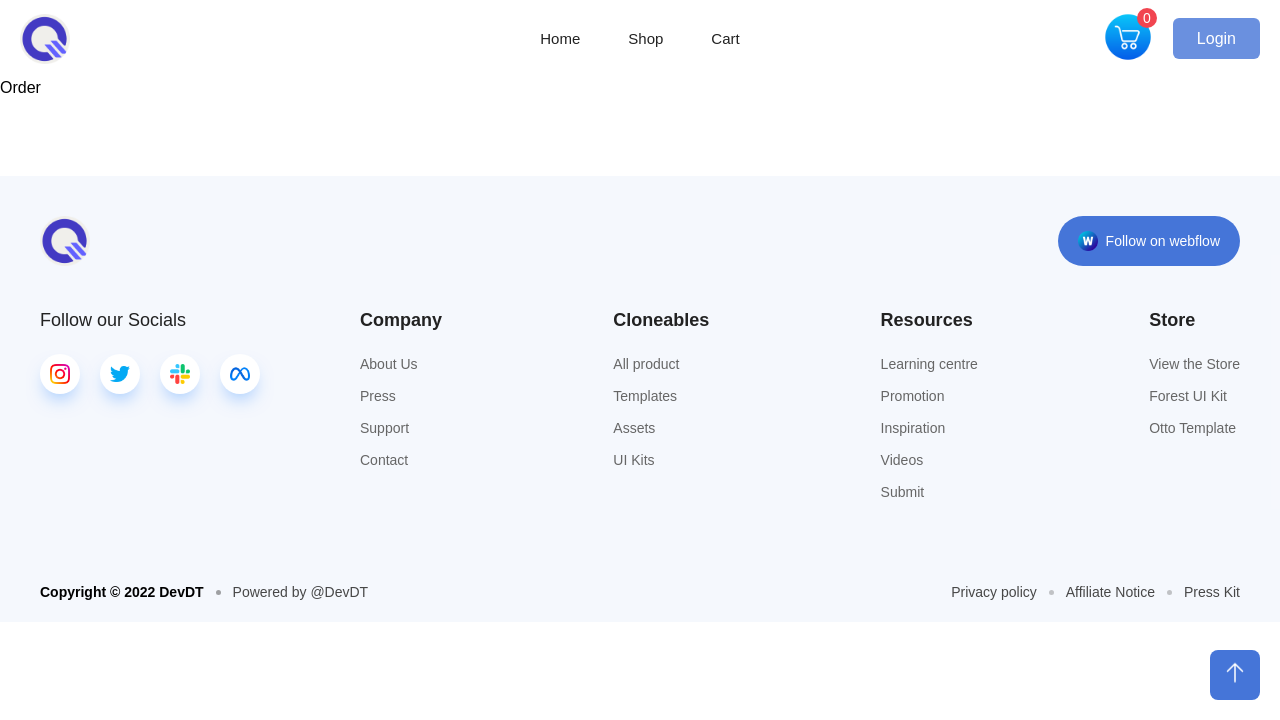
Repository: dinhtri123/e-commerce
Page: /order
These files come from the project's save history. The page is drawn as it stood at one moment and after the next save; the edit follows.
The browser window is 1280 px wide. The pictures show the whole page.
The project was rebuilt for these pictures with package versions that can differ from the ones it lists, and the page was loaded fresh each time. Also part of the build but not shown: src/icons/IconCart.js, src/components/input/Input.js, src/icons/IconChevronLeft.js, src/icons/IconDown.js, src/icons/IconUp.js, src/apiConfig.js, src/icons/IconRight.js, src/components/banner/Banner.js and 25 more. Imported but missing from the stored project, and not drawn on this page: src/icons/IconMenuBag, src/icons/IconMenuHome, src/pages/ProductPage.

Above is the page before, as saved 2022-12-04 19:37:24.

### public/index.html
<!DOCTYPE html>
<html lang="en">
  <head>
    <meta charset="utf-8" />
    <link rel="icon" href="%PUBLIC_URL%/favicon.ico" />
    <meta name="viewport" content="width=device-width, initial-scale=1" />
    <meta name="theme-color" content="#000000" />
    <meta
      name="description"
      content="Web site created using create-react-app"
    />
    <link rel="apple-touch-icon" href="%PUBLIC_URL%/logo192.png" />
    <!--
      manifest.json provides metadata used when your web app is installed on a
      user's mobile device or desktop. See https://developers.google.com/web/fundamentals/web-app-manifest/
    -->
    <link rel="manifest" href="%PUBLIC_URL%/manifest.json" />
    <!--
      Notice the use of %PUBLIC_URL% in the tags above.
      It will be replaced with the URL of the `public` folder during the build.
      Only files inside the `public` folder can be referenced from the HTML.

      Unlike "/favicon.ico" or "favicon.ico", "%PUBLIC_URL%/favicon.ico" will
      work correctly both with client-side routing and a non-root public URL.
      Learn how to configure a non-root public URL by running `npm run build`.
    -->
    <script
      type="module"
      src="https://unpkg.com/ionicons@5.5.2/dist/ionicons/ionicons.esm.js"
    ></script>
    <script
      nomodule
      src="https://unpkg.com/ionicons@5.5.2/dist/ionicons/ionicons.js"
    ></script>
    <title>React Redux App</title>
  </head>
  <body>
    <noscript>You need to enable JavaScript to run this app.</noscript>
    <div id="root"></div>
    <!--
      This HTML file is a template.
      If you open it directly in the browser, you will see an empty page.

      You can add webfonts, meta tags, or analytics to this file.
      The build step will place the bundled scripts into the <body> tag.

      To begin the development, run `npm start` or `yarn start`.
      To create a production bundle, use `npm run build` or `yarn build`.
    -->
  </body>
</html>

### src/App.js
import React, { useEffect } from "react";
import { useSelector } from "react-redux";
import { Routes, Route } from "react-router-dom";
import LayoutPage from "./layout/LayoutPage";
import Checkout from "./pages/Checkout";
import HomePage from "./pages/HomePage";
import Login from "./pages/Login";
import Order from "./pages/Order";
import ProductPage from "./pages/ProductPage";
import ShopPage from "./pages/ShopPage";
import ShoppingCart from "./pages/ShoppingCart";
import SignUp from "./pages/SignUp";
function App() {
  const cartItems = useSelector(state => state.cart.cartItems)
  useEffect(() => {
    localStorage.setItem('cart', JSON.stringify(cartItems))
   },[cartItems])
  return (
    <Routes>
      <Route element={<LayoutPage></LayoutPage>}>
        <Route path="/" element={<HomePage></HomePage>} />
        <Route path="/shop" element={<ShopPage></ShopPage>} />
        <Route path="/product/:slug" element={<ProductPage></ProductPage>} />
        <Route path="/cart" element={<ShoppingCart></ShoppingCart>} />
        <Route path="/order" element={<Order></Order>} />
        <Route path="/checkout" element={<Checkout></Checkout>} />
      </Route>
      <Route path="/login" element={<Login></Login>} />
      <Route path="/signup" element={<SignUp></SignUp>} />
    </Routes>
  );
}

export default App;

### src/index.scss
@tailwind base;
@tailwind components;
@tailwind utilities;
@layer base {
  @import url("https://fonts.googleapis.com/css2?family=Montserrat:wght@300;400;500;600;700&display=swap");
  body {
    @apply text-base font-normal  mx-auto;
    text-rendering: optimizeLegibility;
    -webkit-font-smoothing: antialiased;
    line-height: 1;
    font-family: "Montserrat", sans-serif;
  }
  input {
    @apply outline-none;
  }
}
* {
  padding: 0;
  margin: 0;
  box-sizing: border-box;
  scroll-behavior: smooth;
}
*::-webkit-scrollbar {
  width: 6px;
}
*::-webkit-scrollbar-track {
  background-color: #fafafa;
}
*::-webkit-scrollbar-thumb {
  background-image: linear-gradient(-45deg, #988cff, #e3aff6);
  border-radius: 50px;
}
.container {
  max-width: 1440px;
  margin: 0px auto;
  overflow: hidden;
}
//---------header---------

.active-tablet.active {
  @apply text-white;
  transition: all 0.5s linear;
  position: relative;
  z-index: 5;
  &::before {
    content: "";
    position: absolute;
    bottom: 0;
    left: 0;
    width: 100%;
    height: 100%;
    @apply bg-primary;
    border-radius: 30px;
    z-index: -1;
    animation: effect 0.3s linear;
  }
  @keyframes effect {
    0% {
      transform: scale(0.5);
      opacity: 0;
    }
    100% {
      transform: scale(1);
      opacity: 1;
    }
  }
}
@media screen and (max-width: 640px) {
  .dropdown {
    width: 50%;
  }
}
@media screen and (max-width: 468px) {
  .dropdown {
    width: 60%;
  }
}
@media screen and (max-width: 390px) {
  .dropdown {
    width: 80%;
  }
}
@media screen and (max-width: 375px) {
  .dropdown {
    width: 100%;
  }
}
.is-sticky {
  @apply shadow-lg bg-white;
  z-index: 50;
  transition: all 0.5s linear;
}
.nav-mobile {
  -webkit-box-shadow: -6.5px -14.5px 11px -12px rgba(64, 64, 64, 0.26);
  -moz-box-shadow: -6.5px -14.5px 11px -12px rgba(64, 64, 64, 0.26);
  box-shadow: -6.5px -14.5px 11px -12px rgba(64, 64, 64, 0.26);
}

//-------------------banner---------
.circle-effect {
  position: absolute;
  top: 50%;
  left: 50%;
  transform: translate(-50%, -50%);
  @apply lg:w-[400px] lg:h-[400px] md:w-[350px] md:h-[350px] sm:w-[280px] sm:h-[280px] w-[280px] h-[280px];
  border-radius: 50%;
  box-shadow: inset 0 0 50px #fff, inset 20px 0 80px #f0f,
    inset -20px 0 80px #0ff, inset 20px 0 300px #f0f, inset -20px 0 300px #0ff,
    0 0 50px #fff, -10px 0 80px #f0f, 10px 0 80px #0ff;
  animation: changeColor 5s linear infinite;
}
@keyframes changeColor {
  0%,
  100% {
    box-shadow: inset 0 0 50px #fff, inset 20px 0 80px #f0f,
      inset -20px 0 80px #0ff, inset 20px 0 300px #f0f, inset -20px 0 300px #0ff,
      0 0 50px #fff, -10px 0 80px #f0f, 10px 0 80px #0ff;
    transform: translate(-50%, -50%) rotate(0deg);
  }
  50% {
    box-shadow: inset 0 0 50px #fff, inset 20px 0 80px #0ff,
      inset -20px 0 80px #f0f, inset 20px 0 300px #fff, inset -20px 0 300px #f0f,
      0 0 50px #fff, -10px 0 80px #f0f, 10px 0 80px #0ff;
    transform: translate(-50%, -50%) rotate(360deg);
  }
}
.circle {
  transition: all 0.25s linear;
}
.btn {
  &:hover {
    .circle {
      width: 100%;
      height: 100%;
      right: 0;
    }
  }
}
.banner-product-img {
  transition: all 0.5s linear;
  animation: showSlice 3s linear infinite;
}
@keyframes showSlice {
  0%,
  100% {
    transform: translateY(0px);
  }
  50% {
    transform: translateY(10px);
  }
}

///---BannerShop---
.banner-left,
.banner-right {
  transition: all 0.3s linear;
}
.banner-sale:hover {
  .banner-left,
  .banner-right {
    @apply bg-opacity-20;
  }
  .banner-left {
    left: -100px;
  }
  .banner-right {
    right: -100px;
  }
}

// ---slider product----
.slider-product-home {
  .slick-track {
    display: flex;
    gap: 0px 25px;
  }

  /// custom button slider
  .slick-arrow {
    position: absolute;
    right: 0;
    padding: 0px 20px;
    height: 33px;
    border: 1px solid #eee;
    border-radius: 8px;
    font-size: 14px;
    transition: all 0.1s linear;
    @apply border-primary text-primary font-medium sm:top-0 max-sm:-bottom-[50px];
    &:hover {
      @apply bg-primary text-white;
    }
  }
  .slick-prev {
    right: 90px;
  }
}

// ----card-item------

.card:hover {
  background: linear-gradient(225deg, #e6e6e6, #ffffff);
  box-shadow: -12px 12px 24px #d1d1d1, 12px -12px 24px #ffffff;
}

// ---- card-desc-----
.card-desc {
  transition: all 0.2s linear;
  &:hover {
    @apply bg-primary bg-opacity-80;

    h3 {
      @apply text-white;
    }
    p {
      @apply text-white;
    }
  }
}
//TEXT EFFECT COUNTDOWN
.glitch-wrapper {
  width: 100%;
  height: 100%;
  display: flex;
  align-items: center;
  justify-content: center;
  text-align: center;
  background-color: rgba(33, 33, 33, 0);
}
.glitch {
  position: relative;
  font-weight: 600;
  line-height: 1.2;
  color: #fff;
  letter-spacing: 4px;
  z-index: 1;
  @apply lg:text-[40px] md:text-[35px] sm:text-[30px] text-[25px];
}
.glitch:before,
.glitch:after {
  display: block;
  content: attr(data-glitch);
  position: absolute;
  top: 0;
  left: 0;
  opacity: 0.8;
}

.glitch:before {
  animation: glitch-color 0.3s cubic-bezier(0.25, 0.46, 0.45, 0.94) both
    infinite;
  color: #4575d8;
  z-index: -1;
}

.glitch:after {
  animation: glitch-color 0.8s cubic-bezier(0.25, 0.46, 0.45, 0.94) reverse both
    infinite;
  color: #f14550;
  z-index: -2;
}

@keyframes glitch-color {
  0% {
    transform: translate(0);
  }

  20% {
    transform: translate(-3px, 3px);
  }

  40% {
    transform: translate(-3px, -3px);
  }

  60% {
    transform: translate(3px, 3px);
  }

  80% {
    transform: translate(3px, -3px);
  }

  to {
    transform: translate(0);
  }
}

.timer {
  background-color: rgba(255, 255, 255, 0);
  position: relative;
  border-radius: 16px;
  overflow: hidden;
  z-index: 10;
  &:before {
    content: "";
    position: absolute;
    inset: 0;
    background: inherit;
    backdrop-filter: blur(5px);
    box-shadow: inset 0 0 2000px rgba(255, 255, 255, 0.1);
  }
}
.countdown {
  // background: rgba(255, 255, 255, 0.15);
  // box-shadow: 0 8px 32px 0 rgba( 31, 38, 135, 0.37 );
  backdrop-filter: blur(18px);
  -webkit-backdrop-filter: blur(18px);
  border: 1px solid rgba(255, 255, 255, 0.18);
  overflow: hidden;
  // background: #2b2f77;
  // background: rgb(131, 58, 180);
  background: linear-gradient(
    90deg,
    rgba(131, 58, 180, 1) 0%,
    rgba(12, 38, 131, 1) 48%,
    rgba(68, 30, 110, 1) 81%,
    rgba(136, 3, 42, 1) 100%,
    rgba(189, 10, 10, 1) 100%,
    rgba(166, 36, 54, 1) 100%
  );
}
.blob {
  position: absolute;
  width: 500px;
  height: 500px;
  background: linear-gradient(
    180deg,
    rgba(47, 184, 255, 0.42) 31.77%,
    #5c9df1 100%
  );
  mix-blend-mode: color-dodge;
  -webkit-animation: move 25s infinite alternate;
  animation: move 25s infinite alternate;
  transition: 0.5s cubic-bezier(0.07, 0.8, 0.16, 1);
}

.blob:hover {
  width: 520px;
  height: 520px;
  -webkit-filter: blur(30px);
  filter: blur(30px);
  box-shadow: inset 0 0 0 5px rgba(255, 255, 255, 0.6),
    inset 100px 100px 0 0px #fa709a, inset 200px 200px 0 0px #784ba8,
    inset 300px 300px 0 0px #2b86c5;
}

@-webkit-keyframes move {
  from {
    transform: translate(-100px, -50px) rotate(-90deg);
    border-radius: 24% 76% 35% 65% / 27% 36% 64% 73%;
  }

  to {
    transform: translate(500px, 100px) rotate(-10deg);
    border-radius: 76% 24% 33% 67% / 68% 55% 45% 32%;
  }
}

@keyframes move {
  from {
    transform: translate(-100px, -50px) rotate(-90deg);
    border-radius: 24% 76% 35% 65% / 27% 36% 64% 73%;
  }

  to {
    transform: translate(500px, 100px) rotate(-10deg);
    border-radius: 76% 24% 33% 67% / 68% 55% 45% 32%;
  }
}

// ---- intro-------

.card-intro {
  position: relative;
  transition: all 0.2s linear;

  &:before {
    content: "";
    z-index: -1;
    position: absolute;
    top: 0;
    right: 0;
    bottom: 0;
    left: 0;
    background: linear-gradient(-45deg, #45caff 0%, #ff1b6b 100%);
    transform: translate3d(15px, 33px, 0) scale(0.95);
    filter: blur(47px);
    opacity: var(0.7);
    transition: opacity 0.3s;
    border-radius: inherit;
  }

  &::after {
    content: "";
    z-index: -1;
    position: absolute;
    top: 0;
    right: 0;
    bottom: 0;
    left: 0;
    background: inherit;
    border-radius: inherit;
  }
}

.socials {
  background-color: #fff;
  box-shadow: 0px 10px 20px -8px rgba(0, 111, 255, 0.53);
  transition: all 0.25s linear;
  &:hover {
    transform: translateY(-5px);
    background-color: rgba(0, 0, 0, 0.9);
  }
}

.letter {
  position: relative;
  overflow: hidden;
  -webkit-box-shadow: 0 15.5px 32px 1px #dddddd;
  -moz-box-shadow: 0 15.5px 32px 1px #dddddd;
  box-shadow: 0 15.5px 32px 1px #dddddd;
  &:before {
    content: "";
    position: absolute;
    inset: 0;
    background: inherit;
    backdrop-filter: blur(5px);
    box-shadow: inset 0 0 2000px rgba(255, 255, 255, 0.1);
    z-index: 0;
  }
}
.bannerShop {
  background: #474bff;
  background: -webkit-linear-gradient(0deg, #474bff 0%, #bc48ff 100%);
  background: linear-gradient(0deg, #474bff 0%, #bc48ff 100%);
}
.card-content {
  height: calc(100% - 300px);
}
.pagination {
  background: #fafafa;
  box-shadow: 5px 5px 10px #e4e4e4, -5px -5px 10px #ffffff;
}
.pageCountActive {
  @apply bg-primary text-white;
}
.activeCount {
  @apply bg-primary text-white;
}

.show-cate {
  background: #ffffff;
  box-shadow: 6px 6px 12px #ebebeb, -6px -6px 12px #ffffff;
}
.active-pagination {
  @apply bg-primary;
}

.activeImg {
  @apply bg-primary;
}
.scrollTop > .arrowUp {
  animation: scroll 1s linear infinite;
  @keyframes scroll {
    0%,
    100% {
      transform: translateY(2.5px);
    }
    50% {
      transform: translateY(-2.5px);
    }
  }
}

@media screen and (max-width: 640px) {
  .list-product {
    @apply grid-cols-2;
  }
}
@media screen and (max-width: 568px) {
  .list-product {
    @apply grid-cols-1 w-[85%] mx-auto;
  }
  .showPageCount {
    @apply flex-col gap-y-5;
  }
}
@media screen and (max-width: 414px) {
  .list-product {
    @apply grid-cols-1 w-[95%] mx-auto;
  }
}

// -----custom slice ptoduct detail----
.slider-product-detail {
  position: relative;
  width: 100%;
  height: 100%;
  @apply w-full;
  .slick-arrow {
    position: absolute;
    bottom: 0px;
    left: 50%;
    transform: translateX(-50%);
    @apply px-5 py-3 text-primary font-semibold rounded-lg border border-primary;
    &:hover {
      @apply bg-primary text-white;
    }
  }
  .slick-prev {
    transform: translateX(-100px);
    z-index: 1;
  }
  .slick-next {
    transform: translateX(20px);
  }
  .slick-list {
    width: 100%;
    @apply max-sm:h-[470px];
  }
  .slick-track {
    display: flex;
    width: 100%;
    height: 100%;
  }
}
// -----------login------
@media screen and (max-width: 359px) {
  .login-box {
    @apply h-full;
  }
}
.login {
  position: relative;
  &:before {
    content: "";
    position: absolute;
    inset: 0;
    background: inherit;
    backdrop-filter: blur(3px);
    box-shadow: inset 0px 0px 2000px rgba(255, 255, 255, 0.1);
    border-radius: 8px;
  }
}

///loading
.loading {
  display: flex;
  justify-content: center;
  align-items: center;
  width: 100%;
  gap: 6px;
  height: 50px;
}

.loading span {
  width: 4px;
  height: 25px;
  background: #4c86f9;
  animation: scale 0.9s ease-in-out infinite;
}

.loading span:nth-child(2) {
  background: #49a84c;
  animation-delay: -0.8s;
}

.loading span:nth-child(3) {
  background: #f6bb02;
  animation-delay: -0.7s;
}

.loading span:nth-child(4) {
  background: #f6bb02;
  animation-delay: -0.6s;
}

.loading span:nth-child(5) {
  background: #2196f3;
  animation-delay: -0.5s;
}

@keyframes scale {
  0%,
  40%,
  100% {
    transform: scaleY(0.05);
  }

  20% {
    transform: scaleY(1);
  }
}

@media screen and (min-width: 468px) {
  .similar-product {
    grid-template-columns: repeat(2, 1fr);
  }
}

@media screen and (max-width: 916px) {
  .search {
    width: 300px;
  }
}
@media screen and (max-width: 800px) {
  .search {
    width: 250px;
  }
}

///-------checkout-----
.info, .delivery, .payment{
  transition:all 0.5s ease;
}
.info.active-arrcodion {
  max-height:0px;
  opacity: 0;
}
.delivery.active-arrcodion{
  max-height: 200px;
  opacity: 1;
}
.payment.active-arrcodion{
  max-height: 200px;
  opacity: 1;
}

### src/store/configureStore.js
import { configureStore } from "@reduxjs/toolkit";
import cartSlice from "./slices/cartSlice";
const store = configureStore({
  reducer: {
    cart: cartSlice,
  },
});
export default store;

### src/layout/LayoutPage.js
import React, { Fragment } from "react";
import Header from "../modules/Header";
import { Outlet } from "react-router-dom";
import Footer from "../modules/Footer";
import ScrollTop from "../components/scrollTop/ScrollTop";
const LayoutPage = () => {
  return (
    <Fragment>
      <Header></Header>
      <Outlet></Outlet>
      <Footer></Footer>
      <ScrollTop></ScrollTop>
    </Fragment>
  );
};

export default LayoutPage;

### src/pages/Order.js
import React from 'react';

const Order = () => {
    return (
        <div className='my-[80px]'>
            Order
        </div>
    );
};

export default Order;

### src/store/slices/cartSlice.js
import { createSlice } from "@reduxjs/toolkit";

const cartLocalStorage = JSON.parse(localStorage.getItem("cart") || "[]");
const quantityCart = () => {
  const number = cartLocalStorage.reduce(
    (total, item) => total + Number(item.quantity),
    0
  );
  return number;
};
const totalAmountStorage = () => {
  const total = cartLocalStorage.reduce(
    (total, item) => total + Number(item.totalPrice) * Number(item.quantity),
    0
  );
  return total;
};
const initialState = {
  cartItems: cartLocalStorage,
  totalAmount: totalAmountStorage(),
  totalQuantity: quantityCart(),
};

const cartSlice = createSlice({
  name: "cart",
  initialState,
  reducers: {
    addItem: (state, actions) => {
      const newItem = actions.payload;
      const existingItem = state.cartItems.find(
        (item) => item.id === newItem.id
      );
      state.totalQuantity++;
      if (!existingItem) {
        state.cartItems.push({
          id: newItem.id,
          productName: newItem.productName,
          image: newItem.image,
          price: newItem.price,
          quantity: 1,
          totalPrice: newItem.price,
        });
      } else {
        existingItem.quantity++;
        existingItem.totalPrice =
          Number(existingItem.totalPrice) + Number(newItem.price);
      }

      state.totalAmount = state.cartItems.reduce(
        (total, item) => total + Number(item.price) * Number(item.quantity),
        0
      );
    },
    deleteItem: (state, actions) => {
      const id = actions.payload;
      const existingItem = state.cartItems.find((item) => item.id === id);

      if (existingItem) {
        state.cartItems = state.cartItems.filter((item) => item.id !== id);
        state.totalQuantity = state.totalQuantity - existingItem.quantity;
      }
      state.totalAmount = state.cartItems.reduce(
        (total, item) => total + Number(item.price) * Number(item.quantity),
        0
      );
    },
  },
});

export const cartActions = cartSlice.actions;

export default cartSlice.reducer;

### src/modules/Footer.js
import React from "react";
import { NavLink } from "react-router-dom";

const icons = ["/instagram.png", "/twitter.png", "/slack.png", "/meta.png"];
const Footer = () => {
  return (
    <div className="w-full bg-primary bg-opacity-5 z-10">
      <div className="container p-10 pb-0 flex flex-col gap-y-5">

        <div className="flex justify-between w-full pb-5">
          <NavLink to="/" className={"w-[50px] h-[50px]"}>
            <img src="/qora.png" alt="" className="w-full h-full" />
          </NavLink>
          <div className="flex gap-x-2 items-center bg-primary rounded-[25px] text-white px-5 py-3 text-sm">
            <img src="/webflow.png" alt="" className="w-5 h-5" />
            <span>Follow on webflow</span>
          </div>
        </div>
        <div className="flex lg:gap-x-[100px] md:gap-x-[40px] mb-10 text-sm">
          <div className="flex flex-col gap-y-10 max-md:hidden">
            <div>
              <h3 className="mb-5 md:text-lg font-medium text-dark">
                Follow our Socials
              </h3>
              <div className="flex gap-x-5">
                {icons.map((icon, index) => (
                  <span
                    className="flex items-center justify-center w-10 h-10 rounded-full bg-dark socials"
                    key={index}
                  >
                    <img src={icon} alt="" className="w-[50%] h-[50%]" />
                  </span>
                ))}
              </div>
            </div>
          </div>
          <div className="sm:flex sm:justify-between sm:flex-1 w-full grid grid-cols-2 gap-10">
            <div>
              <h3 className="mb-5 text-lg font-semibold text-dark">Company</h3>
              <ul className="flex flex-col font-medium gap-y-3 text-text2">
                <li>About Us</li>
                <li>Press</li>
                <li>Support</li>
                <li>Contact</li>
              </ul>
            </div>
            <div>
              <h3 className="mb-5 text-lg font-semibold text-dark">
                Cloneables
              </h3>
              <ul className="flex flex-col font-medium gap-y-3 text-text2">
                <li>All product</li>
                <li>Templates</li>
                <li>Assets</li>
                <li>UI Kits</li>
              </ul>
            </div>
            <div>
              <h3 className="mb-5 text-lg font-semibold text-dark">
                Resources
              </h3>
              <ul className="flex flex-col font-medium gap-y-3 text-text2">
                <li>Learning centre</li>
                <li>Promotion</li>
                <li>Inspiration</li>
                <li>Videos</li>
                <li>Submit</li>
              </ul>
            </div>
            <div>
              <h3 className="mb-5 text-lg font-semibold text-dark">Store</h3>
              <ul className="flex flex-col font-medium gap-y-3 text-text2">
                <li>View the Store</li>
                <li>Forest UI Kit</li>
                <li>Otto Template</li>
              </ul>
            </div>
          </div>
        </div>
        <div className="flex items-center md:justify-between justify-center py-5 text-sm">
          <div className="flex items-center gap-x-3">
            <strong className="font-semibold">
              Copyright &#169; 2022 DevDT
            </strong>
            <span className="w-[5px] h-[5px] rounded-full bg-text1 bg-opacity-50"></span>
            <span className="font-medium text-text1">Powered by @DevDT</span>
          </div>
          <div className="flex items-center font-medium text-text1 gap-x-3 max-md:hidden">
            <p>Privacy policy</p>
            <span className="w-[5px] h-[5px] rounded-full bg-text1 bg-opacity-30"></span>
            <p>Affiliate Notice</p>
            <span className="w-[5px] h-[5px] rounded-full bg-text1 bg-opacity-30"></span>
            <p>Press Kit</p>
          </div>
        </div>
      </div>
    </div>
  );
};

export default Footer;

### src/components/scrollTop/ScrollTop.js
import React from 'react';
import IconArrowUp from '../../icons/IconArrowUp';

const ScrollTop = () => {
const handleScrollTop = () => {
    document.documentElement.scrollTop = 0;
}
    return (
        <div className='fixed right-5 sm:bottom-5 bottom-[100px] w-[50px] h-[50px] bg-primary rounded-lg text-white flex justify-center items-center hover:bg-error transition-all cursor-pointer scrollTop z-100' onClick={handleScrollTop}>
            <IconArrowUp></IconArrowUp>
        </div>
    );
};

export default ScrollTop;

### src/firebase.config.js
import { initializeApp } from "firebase/app";
import { getAuth } from "firebase/auth";
import {getFirestore} from "firebase/firestore";
import {getStorage} from 'firebase/storage'
const firebaseConfig = {
  apiKey: "AIzaSyB5f_SCwQBz01M3zqTR6ldhLa8rqXzBF9E",
  authDomain: "e-commerce-bf455.firebaseapp.com",
  projectId: "e-commerce-bf455",
  storageBucket: "e-commerce-bf455.appspot.com",
  messagingSenderId: "279021597055",
  appId: "1:279021597055:web:fa26d371bdc14dab1cea4a",
};

// Initialize Firebase
const app = initializeApp(firebaseConfig);
export const auth = getAuth(app);
export const db = getFirestore(app);
export const storage = getStorage(app)
export default app;

### src/icons/IconArrowUp.js
import React from 'react';

const IconArrowUp = () => {
    return (
        <svg xmlns="http://www.w3.org/2000/svg" fill="none" viewBox="0 0 24 24" strokeWidth="1.5" stroke="currentColor" className="w-6 h-6 arrowUp">
  <path strokeLinecap="round" strokeLinejoin="round" d="M4.5 10.5L12 3m0 0l7.5 7.5M12 3v18" />
</svg>


    );
};

export default IconArrowUp;

### tailwind.config.js
module.exports = {
  content: ["./src/**/*.{js,jsx,ts,tsx}"],
  theme: {
    extend: {
      colors: {
        primary: "#4575d8",
        blueDark: "#00005C",
        black: "#000",
        dark: "#222222",
        text1: "#474747",
        text2: "#666666",
        text3: "#666666",
        white: "#fff",
        error: "#f14550",
      },
      boxShadow: {
        sdprimary: "10px 10px 20px rgba(211, 211, 211, 0.25)",
      },
    },
  },
  plugins: [],
};

Loaded but not shown: src/index.js (common file); src/reportWebVitals.js (common file); src/pages/Checkout.js (306 lines, source omitted); src/modules/Header.js (243 lines, source omitted)

After the next save:
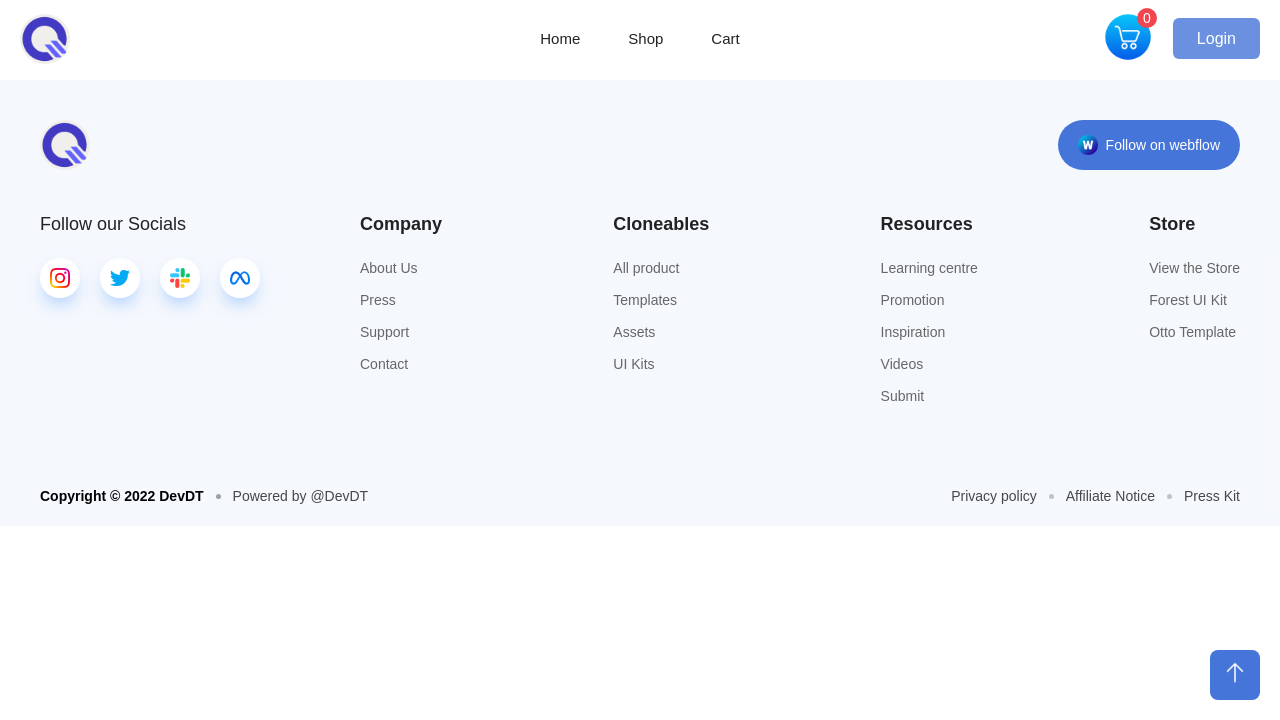
Saved 83 s later.
--- a/src/pages/Order.js
+++ b/src/pages/Order.js
@@ -3,7 +3,7 @@ import React from 'react';
 const Order = () => {
     return (
         <div className='my-[80px]'>
-            Order
+
         </div>
     );
 };
